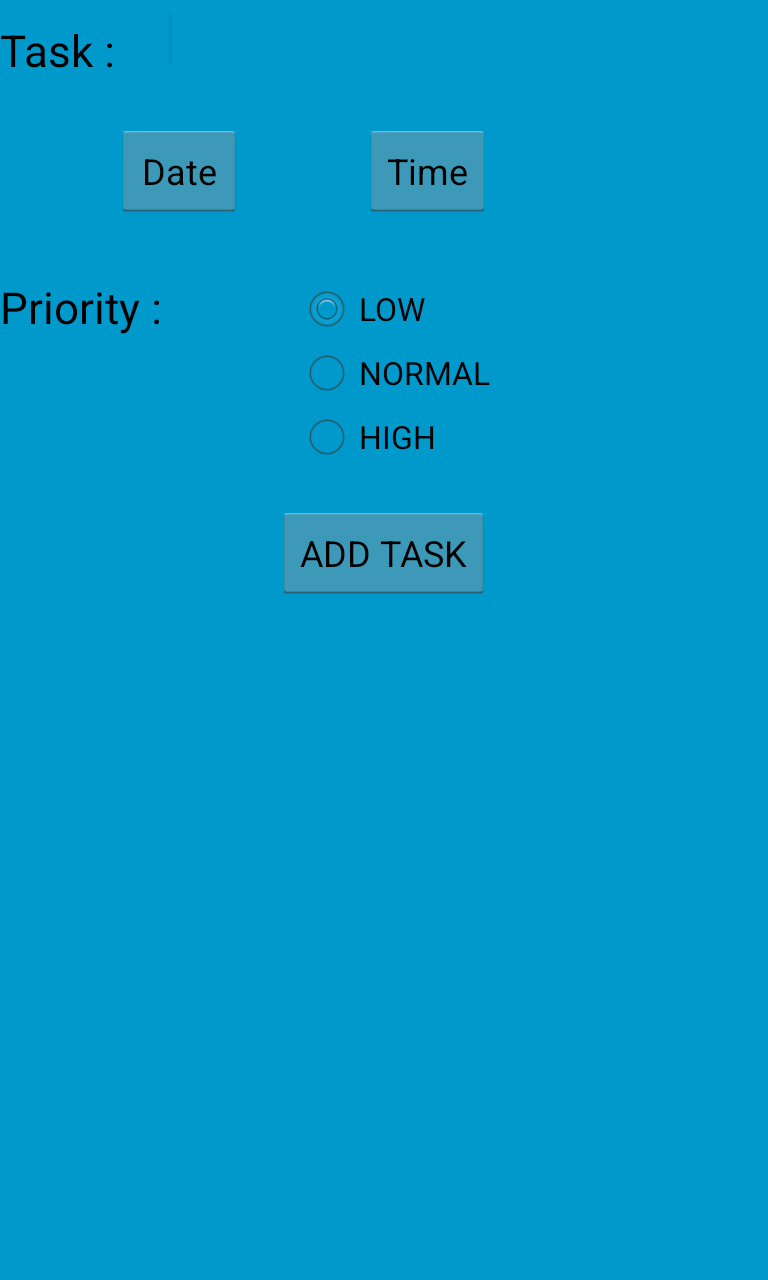
Repository: satyadarls/ToDo
Layout: ToDo/res/layout/customdialog_layout.xml
An editor plug-in stored every save of this project. The layout is shown before and after the next save, followed by the edit.
It is drawn on a 768 x 1280 px phone screen (xhdpi) without system bars, with theme AppTheme; the app's code is not run.

Above is the layout before, as saved 2014-07-03 14:44:16.

### ToDo/res/layout/customdialog_layout.xml
<?xml version="1.0" encoding="utf-8"?>
<RelativeLayout xmlns:android="http://schemas.android.com/apk/res/android"
    xmlns:android1="http://schemas.android.com/apk/res/android"
    android:layout_width="match_parent"
    android:layout_height="match_parent"
    android:background="#0099CC" >

    <TextView
        android:id="@+id/textView1"
        android:layout_width="wrap_content"
        android:layout_height="wrap_content"
        android:layout_alignBottom="@+id/dialogTaskText"
        android:layout_alignParentLeft="true"
        android:text="Task :"
        android:textAppearance="?android:attr/textAppearanceLarge" />

    <Button
        android:id="@+id/timebutton"
        android:layout_width="wrap_content"
        android:layout_height="wrap_content"
        android:layout_alignBaseline="@+id/datebutton"
        android:layout_alignBottom="@+id/datebutton"
        android:layout_marginLeft="60dp"
        android:layout_toRightOf="@+id/datebutton"
        android:text="Time" />

    <Button
        android:id="@+id/datebutton"
        android:layout_width="wrap_content"
        android:layout_height="wrap_content"
        android:layout_below="@+id/dialogTaskText"
        android:layout_marginTop="22dp"
        android:layout_toRightOf="@+id/textView1"
        android:text="Date" />

    <EditText
        android:id="@+id/dialogTaskText"
        android:layout_width="wrap_content"
        android:layout_height="wrap_content"
        android:layout_alignLeft="@+id/datebutton"
        android:layout_alignParentTop="true"
        android:layout_marginLeft="15dp"
        android:ems="10" >

        <requestFocus />
    </EditText>

    <RadioGroup
        android1:id="@+id/radioGroup1"
        android1:layout_width="wrap_content"
        android1:layout_height="wrap_content"
        android1:layout_alignRight="@+id/dialogButton"
        android1:layout_below="@+id/timebutton"
        android1:layout_marginTop="29dp" >

        <RadioButton
            android1:id="@+id/radio0"
            android1:layout_width="wrap_content"
            android1:layout_height="wrap_content"
            android1:checked="true"
            android1:text="LOW" />

        <RadioButton
            android1:id="@+id/radio1"
            android1:layout_width="wrap_content"
            android1:layout_height="wrap_content"
            android1:text="NORMAL" />

        <RadioButton
            android1:id="@+id/radio2"
            android1:layout_width="wrap_content"
            android1:layout_height="wrap_content"
            android1:text="HIGH" />
    </RadioGroup>

    <Button
        android1:id="@+id/dialogButton"
        android1:layout_width="wrap_content"
        android1:layout_height="wrap_content"
        android1:layout_below="@+id/radioGroup1"
        android1:layout_centerHorizontal="true"
        android1:layout_marginTop="18dp"
        android1:text="ADD TASK" />

    <TextView
        android1:id="@+id/priorityText"
        android1:layout_width="wrap_content"
        android1:layout_height="wrap_content"
        android1:layout_alignParentLeft="true"
        android1:layout_alignTop="@+id/radioGroup1"
        android1:text="Priority :"
        android1:textAppearance="?android:attr/textAppearanceLarge" />

</RelativeLayout>

Loaded but not shown: ToDo/res/values/styles.xml (common file); ToDo/res/values-v11/styles.xml (common file); ToDo/res/values-v14/styles.xml (common file)

After the next save:
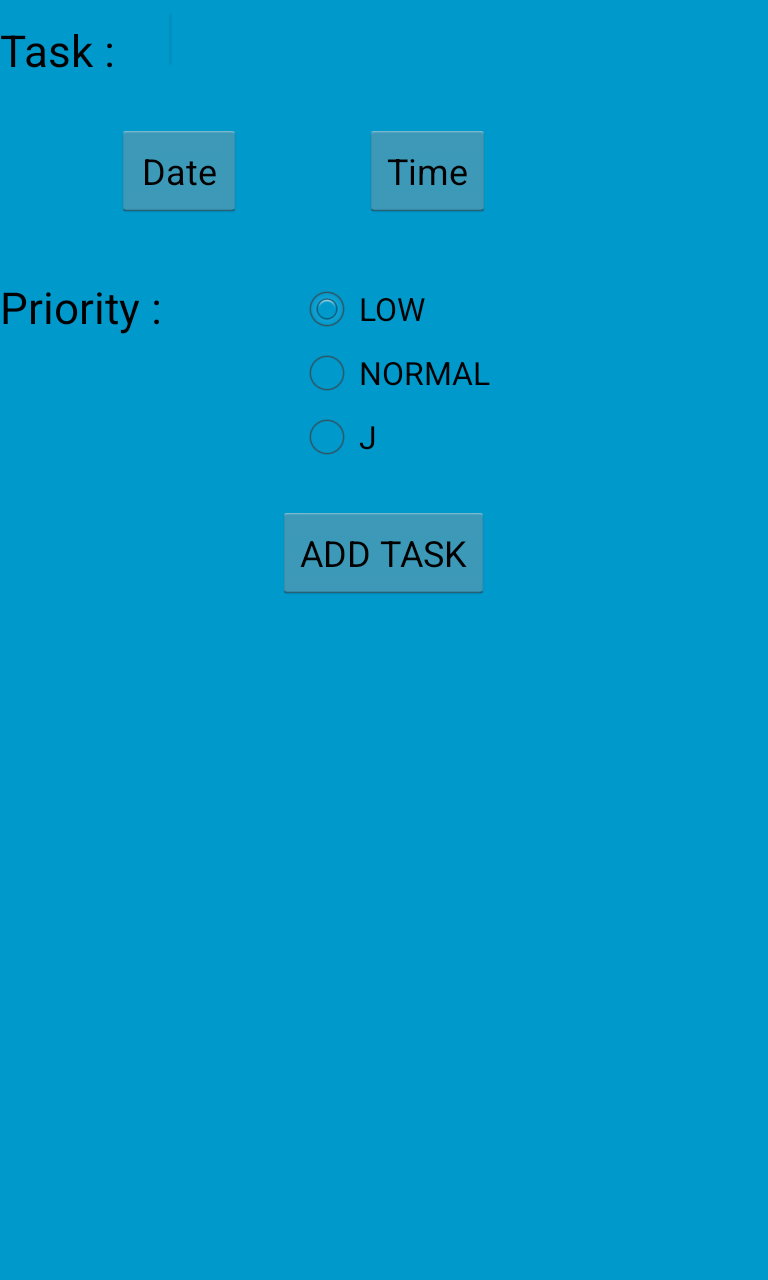
Saved 18 s later.
--- a/ToDo/res/layout/customdialog_layout.xml
+++ b/ToDo/res/layout/customdialog_layout.xml
@@ -70,7 +70,7 @@
             android1:id="@+id/radio2"
             android1:layout_width="wrap_content"
             android1:layout_height="wrap_content"
-            android1:text="HIGH" />
+            android1:text="J" />
     </RadioGroup>
 
     <Button
@@ -83,7 +83,7 @@
         android1:text="ADD TASK" />
 
     <TextView
-        android1:id="@+id/priorityText"
+        android1:id="@+id/textView2"
         android1:layout_width="wrap_content"
         android1:layout_height="wrap_content"
         android1:layout_alignParentLeft="true"

After the save that followed:
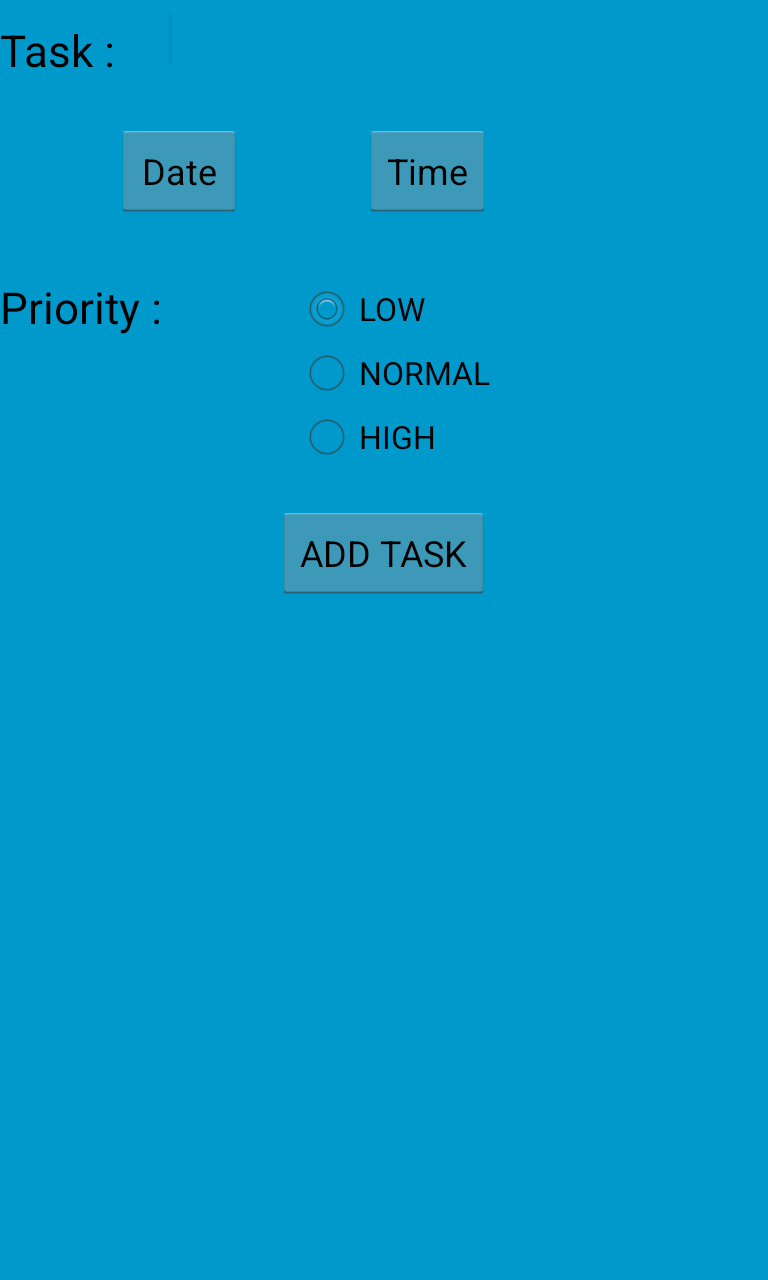
Saved 7 s later.
--- a/ToDo/res/layout/customdialog_layout.xml
+++ b/ToDo/res/layout/customdialog_layout.xml
@@ -70,7 +70,7 @@
             android1:id="@+id/radio2"
             android1:layout_width="wrap_content"
             android1:layout_height="wrap_content"
-            android1:text="J" />
+            android1:text="HIGH" />
     </RadioGroup>
 
     <Button
